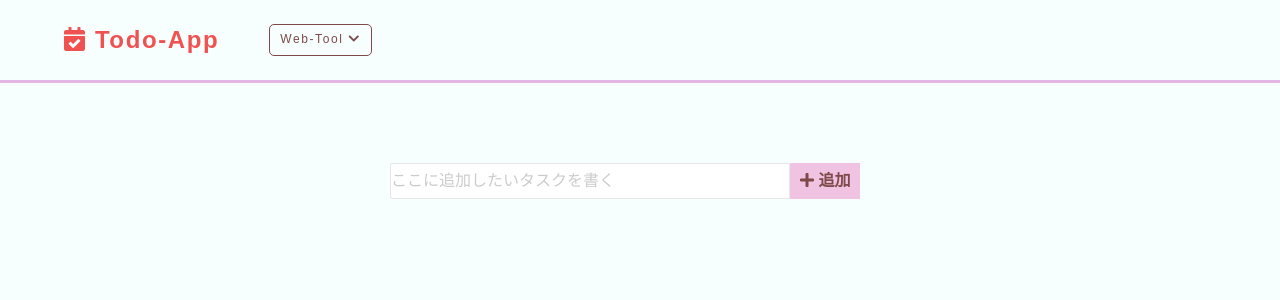
Repository: Hiroshii-m/todo_vue
Page: index.html
The author's editor kept a copy of each file at every save. The page is drawn from the files as they stood at one save, then again after the next save.
The browser window is 1280 px wide. The pictures show the whole page.
The style sheet was rebuilt from its Sass, Less or Tailwind sources for each picture, by a compiler version that may differ from the author's.

Above is the page before, as saved 2021-06-26 18:18:57.

After the next save:
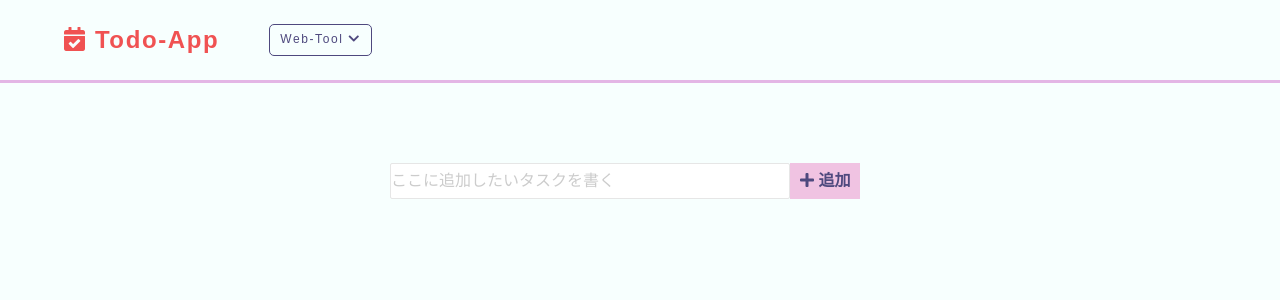
Saved 9 s later.
--- a/src/scss/foundation/_variables.scss
+++ b/src/scss/foundation/_variables.scss
@@ -1,5 +1,5 @@
 :root {
-    --font-color_default: #7e4949;
+    --font-color_default: #4e497e;
     --color_base: #F7FFFE;
     --color_accent: #E3B6E5;
     --color_green: #C3E8C7;
